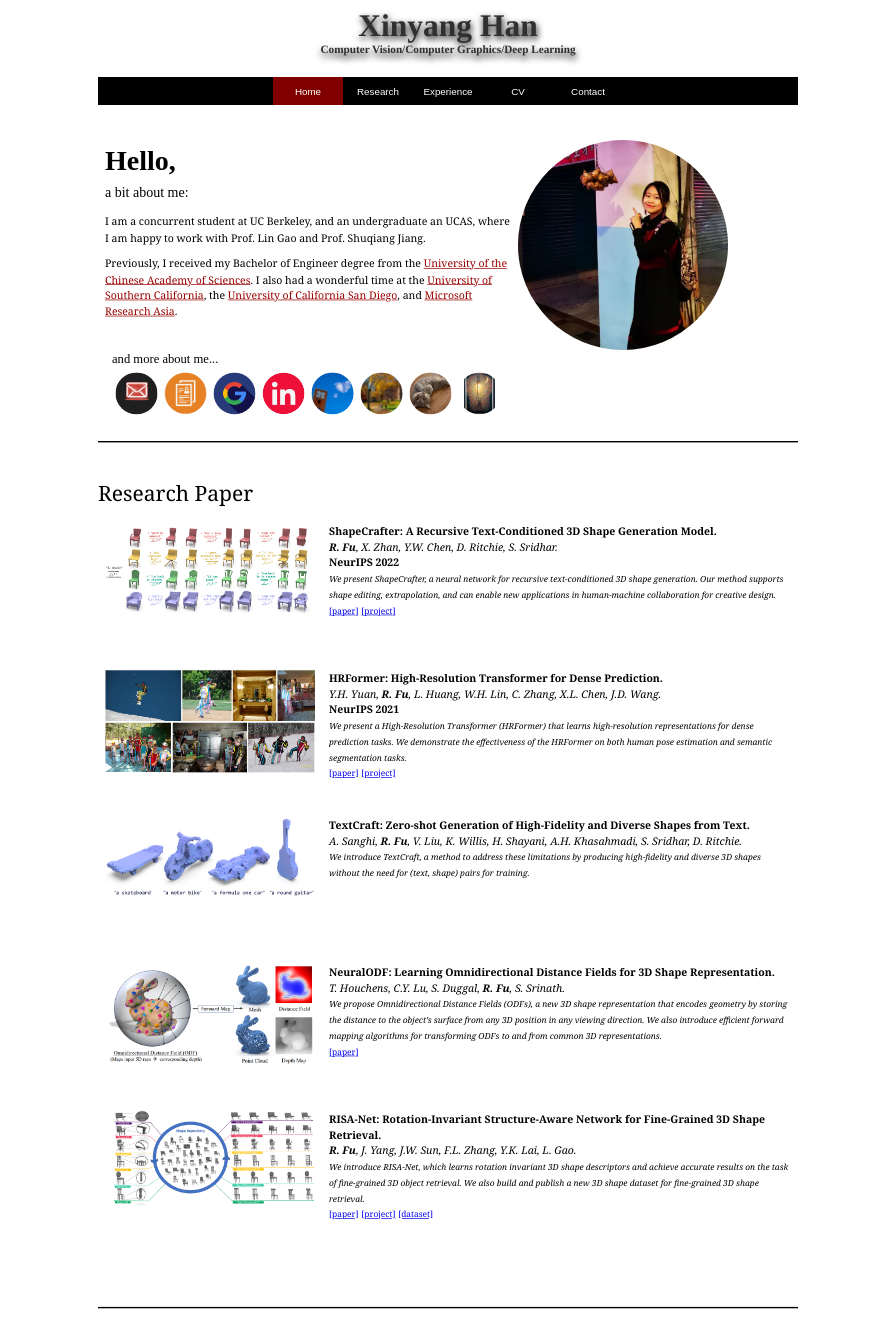
Repository: XinyangHan/XinyangHan.github.io
Page: index.html
These files come from the project's save history. The page is drawn as it stood at one moment and after the next save; the edit follows.
The browser window is 1280 px wide. The pictures show the part of the page from y = 0 to 1920 px (the page is 4103 px tall), at 70% of full size.

Above is the page before, as saved 2023-02-11 13:09:55.

### index.html
<!DOCTYPE html>
<html>

<head>
	<meta charset="utf-8">
	<meta name="keywords" content="Rao FU, Rao FU, Rao Fu Homepage, Rao Fu Webpage, Rao Fu UCAS, Rao Fu Brown">
	<meta name="description" content="Rao FU's homepage">
	<meta name="viewport" content="width=device-width, initial-scale=1">
	<title>Rao FU | Homepage</title>
	<link href="style.css" rel="stylesheet" />
	<style>
	</style>



</head>

<body>
<!-------------------------------------------------- Header -------------------------------------------------->
<div id="header">
	<h1> Xinyang Han </h1>
	<h2>Computer Vision/Computer Graphics/Deep Learning</h2>
</div><!-- Header -->

<!-------------------------------------------------- Navbar -------------------------------------------------->
<div id="nav-wrapper">
<div id="nav">
			<button class="btn active" onclick="window.location.href = './index.html#content_home';">Home</button>
			<button class="btn" onclick="window.location.href = './index.html#content_project';">Research</button>
			<button class="btn" onclick="window.location.href = './index.html#content_exp';">Experience</button>
			<button class="btn" onclick="window.location.href = './resource/My_CV.pdf'; target='_blank'; ">CV</button>
			<button class="btn" onclick="window.location.href = './index.html#c_contact_biography';">Contact</button>
			<!-- <a href="./index.html#content_home" class="active">Home</a>  -->
			<!-- <a href="./index.html#content_project">Research</a> -->
			<!-- <a href="./index.html#content_exp">Experience</a> -->
			<!-- <a href="./resource/MY_CV.pdf">CV</a> -->
			<!-- <a href="./index.html#c_contact_biography">Contact</a> -->
</div> <!-- #nav -->
</div>

<!-------------------------------------------------- Script -------------------------------------------------->
<script>
	// Get the container element
	var btnContainer = document.getElementById("nav");

	// Get all buttons with class="btn" inside the container
	var btns = btnContainer.getElementsByClassName("btn");

	// Loop through the buttons and add the active class to the current/clicked button
	for (var i = 0; i < btns.length; i++) {
	btns[i].addEventListener("click", function() {
		var current = document.getElementsByClassName("active");
		current[0].className = current[0].className.replace(" active", "");
		this.className += " active";
	});
	}
</script>

<!-------------------------------------------------- Content Home-------------------------------------------------->
<div class="content"  id="content_home">

	<div class="c_home_wrapper">
		<div id="c_biography">
			<strong id="c_font1">Hello,</strong><br>
			<span class="c_font2">a bit about me:</span><br>
			<p class="c_font3">
				I am a concurrent student at UC Berkeley, and an undergraduate an UCAS, where I am happy to work with Prof. Lin Gao and Prof. Shuqiang Jiang.
			</p>
			<p class="c_font3">
				Previously, I received my Bachelor of Engineer degree from the <a href="https://en.wikipedia.org/wiki/University_of_the_Chinese_Academy_of_Sciences/">University of the Chinese Academy of Sciences</a>.
				I also had a wonderful time at the <a href="https://www.usc.edu/">University of Southern California</a>,
				the <a href="https://ucsd.edu/">University of California San Diego</a>,
				and <a href="https://www.microsoft.com/en-us/research/lab/microsoft-research-asia/">Microsoft Research Asia</a>.
			</p>
		</div>

		<div id="c_profile">
			<div class="c_thumbnail">
				<img src="img/profile.jpg" id="buttons" alt="profile_button" >
				<div class="overlay">
					<p>
						勿戳！<br>
						Don't poke my cheeks!<br>
						¡no me toques las mejillas! <br>
						मेरे गाल मत दबाओ! <br>
						আমার গালে খোঁচা দিও না! <br>
						não cutuque minhas bochechas! <br>
						не тыкай меня в щеки! <br>
						私の頬をつつかないで！ <br>
						ਮੇਰੀਆਂ ਗੱਲ੍ਹਾਂ ਨੂੰ ਨਾ ਮਾਰੋ! <br>
						唔好戳我嘅脸颊！<br>
						đừng chọc má tôi!<br>
						నా బుగ్గలు కుట్టకు!<br>
						yanaklarımı dürtme!<br>
						내 뺨을 찌르지 마! <br>
						ne touchez pas mes joues!<br>
						stoß mir nicht in die Wangen!<br>
						என் கன்னங்களை குத்தாதே!<br>
						میرے گالوں کو مت مارو!<br>
						ojo nyocot pipiku!<br>
						non toccarmi le guance!<br>
						لا تكز خدي!<br>
					</p>
				</div>
			</div>
		</div>

		<div id="c_info">
			<!-- <strong id="c_font4">And more</strong><br>
			<strong id="c_font4">about me</strong><br> -->
			<span class="c_font2_1"> and more about me... </span><br>
			<!-- CONTENT TODO -->
			<div class="thumbnail">
				<img src="img/email_icon.jpg" id="button0" alt="email_button" >
				<div class="overlay" onclick="window.location.href = 'mailto:rao_fu@brown.edu';" >
					<p>Email to<br>Say Hi</p>
				</div>
			</div> <!-- .thumbnail -->


			<div class="thumbnail">
				<img src="img/cv_icon.jpg" id="button1" alt="cv_button" >
				<div class="overlay"  onclick="window.location.href='./resource/My_CV.pdf'; " >
					<p>CV/<br>Resume</p>
				</div>
			</div> <!-- .thumbnail -->

			<div class="thumbnail">
				<img src="img/gs_icon.png" id="button2" alt="google_button" >
				<div class="overlay" onclick="window.location.href = 'https://scholar.google.com/citations?hl=en&user=VWMWQEcAAAAJ';" >
					<p>Google<br>Scholar</p>
				</div>
			</div> <!-- .thumbnail -->

			<div class="thumbnail">
				<img src="img/linkedin_icon.png" id="button3" alt="lkin_icon" >
				<div class="overlay" onclick="window.location.href = 'https://www.linkedin.com/in/rao-fu-245269210/';" >
					<p>LinkedIn<br>Profile</p>
				</div>
			</div> <!-- .thumbnail -->

			<div class="thumbnail">
				<img src="img/ucas_button.png" id="button4" alt="ucas_button" >
				<div class="overlay" onclick="window.location.href = 'https://en.wikipedia.org/wiki/University_of_the_Chinese_Academy_of_Sciences/';" >
					<p>B.E.@<br>UCAS</p>
				</div>
			</div> <!-- .thumbnail -->

			<div class="thumbnail">
				<img src="img/Brown_icon.jpg" id="button5" alt="brown_button">
				<div class="overlay" onclick="window.location.href = 'https://www.usc.edu/';" >
					<p>Ph.D.@<br>Brown
					</p>
				</div>
			</div> <!-- .thumbnail -->

			<div class="thumbnail">
				<img src="img/cat_icon.jpg" id="button6" alt="cat_button">
				<div class="overlay" onclick="window.location.href = 'https://instagram.com/inocchi_mew?r=nametag';" >
					<p>My Cat<br>Inocchi
					</p>
				</div>
			</div> <!-- .thumbnail -->

			<div class="thumbnail">
				<img src="img/art_icon.jpg" id="button6" alt="art_button">
				<div class="overlay" onclick="window.location.href = './index.html#content_home';" >
					<p>Arts<br>Todo...</p>
				</div>
			</div> <!-- .thumbnail -->

		</div>
	</div><!-- Home Wrapper-->

	<div class="clearfloat"></div>
</div><!-- Content Home-->

<!-------------------------------------------------- Content Project -------------------------------------------------->
<div class="content">

	<div class="c_public_wrapper" id="content_project">
		<div class="c_font1_1">Research Paper</div>
		<div class="c_public">
			<div class="disp_wrapper">
				<!-- <a href="./img/HRFormer.png" data-lightbox="project1" data-title="HRFormer2 Structure"> -->
					<img src="./img/project_shapecrafter.jpg" class="project_img" title="ShapeCrafter Structure">
				<!-- </a> -->
				<!-- <p class="small_font">click image for details</p> -->
			</div>
			<strong>ShapeCrafter: A Recursive Text-Conditioned 3D Shape Generation Model.</strong>
			<br><em><strong>R. Fu</strong>, X. Zhan, Y.W. Chen, D. Ritchie, S. Sridhar. </em>
			<br><strong>NeurIPS 2022</strong></em>
			<br><em class="small_font">We present ShapeCrafter, a neural network for recursive text-conditioned 3D shape generation.
				Our method supports shape editing, extrapolation, and can enable new applications in human-machine collaboration for creative design.</em>
			<br><a href="https://arxiv.org/abs/2207.09446" class="small_font">[paper]</a>
			<a href="https://ivl.brown.edu/projects/shapecrafter" class="small_font">[project]</a>
		</div>

		<div class="c_public">
			<div class="disp_wrapper">
				<!-- <a href="./img/project_hrformer.png" data-lightbox="project1" data-title="HRFormer2 Structure"> -->
					<img src="./img/project_hrformer.png" class="project_img" title="HRFormer2 Structure">
				<!-- </a> -->
				<!-- <p class="small_font">click image for details</p> -->
			</div>
			<strong>HRFormer: High-Resolution Transformer for Dense Prediction.</strong>
			<br><em>Y.H. Yuan, <strong>R. Fu</strong>, L. Huang, W.H. Lin, C. Zhang, X.L. Chen, J.D. Wang. </em>
			<br><strong>NeurIPS 2021</strong></em>
			<br><em class="small_font">We present a High-Resolution Transformer (HRFormer) that learns high-resolution
				representations for dense prediction tasks. We demonstrate the effectiveness
				of the HRFormer on both human pose estimation and semantic segmentation tasks.</em>
			<br><a href="https://arxiv.org/abs/2110.09408" class="small_font">[paper]</a>
			<a href="https://github.com/HRNet/HRFormer" class="small_font">[project]</a>
		</div>

		<div class="c_public">
			<div class="disp_wrapper">
				<!-- <a href="./img/HRFormer.png" data-lightbox="project1" data-title="HRFormer2 Structure"> -->
					<img src="./img/project_textcraft.png" class="project_img" title="TextCraft Structure">
				<!-- </a> -->
				<!-- <p class="small_font">click image for details</p> -->
			</div>
			<strong>TextCraft: Zero-shot Generation of High-Fidelity and Diverse Shapes from Text.</strong>
			<br><em>A. Sanghi, <strong>R. Fu</strong>, V. Liu, K. Willis,  H. Shayani, A.H. Khasahmadi, S. Sridhar, D. Ritchie. </em>
			<!-- <br><strong>CoRR</strong></em> -->
			<br><em class="small_font">We introduce TextCraft, a method to address these limitations by producing high-fidelity
				and diverse 3D shapes without the need for (text, shape) pairs for training.</em>
			<!-- <br><a href="https://arxiv.org/pdf/2206.05837" class="small_font">[paper]</a> -->
		</div>

		<div class="c_public">
			<div class="disp_wrapper">
				<!-- <a href="./img/HRFormer.png" data-lightbox="project1" data-title="HRFormer2 Structure"> -->
					<img src="./img/project_odf.jpg" class="project_img" title="ODF Structure">
				<!-- </a> -->
				<!-- <p class="small_font">click image for details</p> -->
			</div>
			<strong>NeuralODF: Learning Omnidirectional Distance Fields for 3D Shape Representation.</strong>
			<br><em>T. Houchens, C.Y. Lu, S. Duggal, <strong>R. Fu</strong>, S. Srinath. </em>
			<!-- <br><strong>CoRR</strong></em> -->
			<br><em class="small_font">We propose Omnidirectional Distance Fields (ODFs), a new 3D shape representation
				that encodes geometry by storing the distance to the object’s surface from any 3D position in any
				viewing direction. We also introduce efficient forward mapping algorithms for transforming ODFs to and
				from common 3D representations.</em>
			<br><a href="https://arxiv.org/pdf/2206.05837" class="small_font">[paper]</a>
		</div>

		<div class="c_public">
				<div class="disp_wrapper">
					<!-- <a href="./img/project_risanet.png" data-lightbox="project1" data-title="RISA-Net Structure"> -->
						<img src="./img/project_risanet.png" class="project_img" title="RISA-Net Structure">
					<!-- </a> -->
					<!-- <p class="small_font">click image for details</p> -->
				</div>
				<strong>RISA-Net: Rotation-Invariant Structure-Aware Network for Fine-Grained 3D Shape Retrieval.</strong>
				<br><em><strong>R. Fu</strong>, J. Yang, J.W. Sun, F.L. Zhang, Y.K. Lai, L. Gao. </em>
				<!-- <br><em>CoRR </em> -->
				<br><em class="small_font">We introduce RISA-Net, which learns rotation invariant
					3D shape descriptors and achieve accurate results on the task of fine-grained 3D object retrieval. We also build and publish
					a new 3D shape dataset for fine-grained 3D shape retrieval.</em>
				<br><a href="https://arxiv.org/abs/2010.00973" class="small_font">[paper]</a>
				<a href="https://github.com/IGLICT/RisaNET" class="small_font">[project]</a>
				<a href="https://drive.google.com/drive/folders/1BpwtlhrYfR5xGcXGoYFjo9bQFtw4nFvP" class="small_font">[dataset]</a>

		</div>
	</div>
	<div class="clearfloat"></div>
</div><!-- Content Project-->

<!-------------------------------------------------- Content Experiment-------------------------------------------------->
<div class="content">

	<div class="c_education_wrapper" id="content_exp">
		<div class="c_font1_1">Education</div>

		<div class="c_education">
			<strong>BROWN UNIVERSITY</strong>
			<em class="dates">Sept.2021 – Present</em>
			<div class="clearfloat"></div>
			<div class="logo_wrapper">
				<img class="schoollogo" src="./img/brown_logo.png" alt="BROWN Logo" />
			</div>
			<ul>
			<li>Title: Computer Science Ph.D. Student</li>
			<li>Concentration: Vision, Graphics and Robotics</li>
			</ul>
		</div>

		<div class="c_education">
			<strong>UNIVERSITY OF CHINESE ACADEMY OF SCIENCES</strong>
			<em class="dates">Sept. 2017-Jul. 2021</em>
			<div class="clearfloat"></div>
			<div class="logo_wrapper">
				<img class="schoollogo" src="./img/cas_logo.jpg" alt="CAS Logo" />
			</div>
			<ul>
			<li>Degree: Bachelor of Computer Science.</li>
			<li>GPA: 3.72/4.00.</li>
			<li>Core GPA: 3.82/4.00.</li>
			<li><em>Outstanding Thesis Awards.</em> </li>
			<li><em></em>National Inspirational Scholarship(5%).</em></li>
			</ul>
		</div>

		<div class="c_education">
			<strong>UNIVERSITY OF SOUTHERN CALIFORNIA</strong>
			<em class="dates">Jan. 2020-May. 2020</em>
			<div class="clearfloat"></div>
			<div class="logo_wrapper">
				<img class="schoollogo" src="./img/usc_logo.png" alt="USC Logo" />
			</div>
			<ul>
			<li>Title: Visiting Student.</li>
			<li>GPA: 4.00/4.00.</li>
			</ul>

		</div>

		<div class="c_education">
			<strong>BEIJING NATIONAL DAY SCHOOL</strong>
			<em class="dates">Sept. 2011-Jul. 2017</em>
			<div class="clearfloat"></div>
			<div class="logo_wrapper">
				<img class="schoollogo" src="./img/bnds_logo.png" alt="USC Logo" />
			</div>
			<ul>
			<li>Title: Student.</li>
			<li>GPA: 3.9/4.0.</li>
			</ul>

		</div>
	</div>

	<div class="c_intern_wrapper">
		<div class="c_font1_1">Employment</div>

		<div class="c_intern">
			<strong>Research intern: Autodesk Inc.</strong>
				<em class="dates">May. 2022 – Present</em>
			<br><br><em>Group: AI Lab</em><em class="dates">Toronto, Canada</em>
			<ul>
				<li>Research on Lauguage-guided 3D Shape Generation.</li>
			</ul>
		</div>

		<div class="c_intern">
			<strong>Research intern: Microsoft Research, Asia</strong>
				<em class="dates">Mar. 2021 – July. 2021</em>
			<br><br><em>Group: Speech Group, Visual Computing Group</em><em class="dates">Beijing, China</em>
			<ul>
				<li>Research on High-Resolution Machine Perception Backbone</li>
			</ul>
		</div>

		<div class="c_intern">
			<strong>Research intern: University of California, San Diego</strong>
				<em class="dates">May. 2020 – Nov. 2020</em>
			<br><br><em>Advisor: Prof. Hao Su.</em><em class="dates">San Diego, CA, USA</em>
			<ul>
				<li>Research on Robot Grasping with Two-Finger Grippers.</li>
				<li>Research on Humanoid Robot Grippers.</li>
			</ul>
		</div>

		<div class="c_intern">
				<strong>Research intern: Institute of Computing Technology, CAS.</strong>
					<em class="dates">Jul. 2019 – Nov. 2020</em>
				<br><br><em>Advisor: Prof. Lin Gao</em> <em class="dates">Beijing, China</em>
				<ul>
					<li>Research on Fine-grained 3D Shape Retrieval.</li>
					<li>Research on Talking Head Generation.</li>
				</ul>
		</div>
	</div>

	<div class="clearfloat"></div>

</div><!-- Content Experiment-->

<!-------------------------------------------------- Content Contact-------------------------------------------------->
<div class="content">
	<div class="c_contact_wrapper">
	<!-- 	<div id="c_contact_biography">
			<span class="c_font1_1">Contact me:</span><br>
			<p class="c_font3">
			Email: <a href="mailto:rao_fu@brown.edu">rao_fu@brown.edu</a>
			</p>
			<p class="c_font3">
			Mail: Brown University Box 1910, Providence, RI 02912
			</p>
		</div> -->

		<div id="c_contact_profile">
			<span class="c_font1_1">Buy me a Boba:</span><br>
			<p class="c_font3">
			If you like my homepage and think it's useful, welcome to buy me a Boba via Wechat or Paypal down here:
			</p>
			<div id="c_contact_thumbnail_1">
			</div>
			<div id="c_contact_thumbnail_2">
			</div>
		</div>

		<div class="clearfloat"></div>
	</div><!-- Content Contact Wrapper-->
</div><!-- Content Contact -->


<div class="clearfloat"></div>
<!-------------------------------------------------- Footer -------------------------------------------------->
<div id="footer">
	<!-- <div class="b_thumbnail">
		<img class="b_img" src="img/i3.png" alt="email">
	</div>
	<div class="b_font">
		<a href="mailto:rao_fu@brown.edu">rao_fu@brown.edu</a>
	</div>
	<div class="b_thumbnail">
		<img class="b_img" src="img/i4.png" alt="git">
	</div>
	<div class="b_font">
		<a href="https://github.com/freddierao">github.com/freddierao</a>
	</div>	 -->
	<div class="b_thumbnail">
		<img class="b_img" src="img/i2.png" alt="copyright">
	</div>
	<div class="b_font">
		&copy; 2022 by Rao FU
	</div>
	<div class="clearfloat"></div>
</div><!-- Footer -->
<script>
window.onscroll = function() {myFunction()};

var navbar = document.getElementById("nav-wrapper");
var sticky = navbar.offsetTop;

function myFunction() {
  if (window.pageYOffset >= sticky) {
    navbar.classList.add("sticky")
  } else {
    navbar.classList.remove("sticky");
  }
}
</script>
</body>
</html>

Loaded but not shown: style.css (556 lines, source omitted)

After the next save:
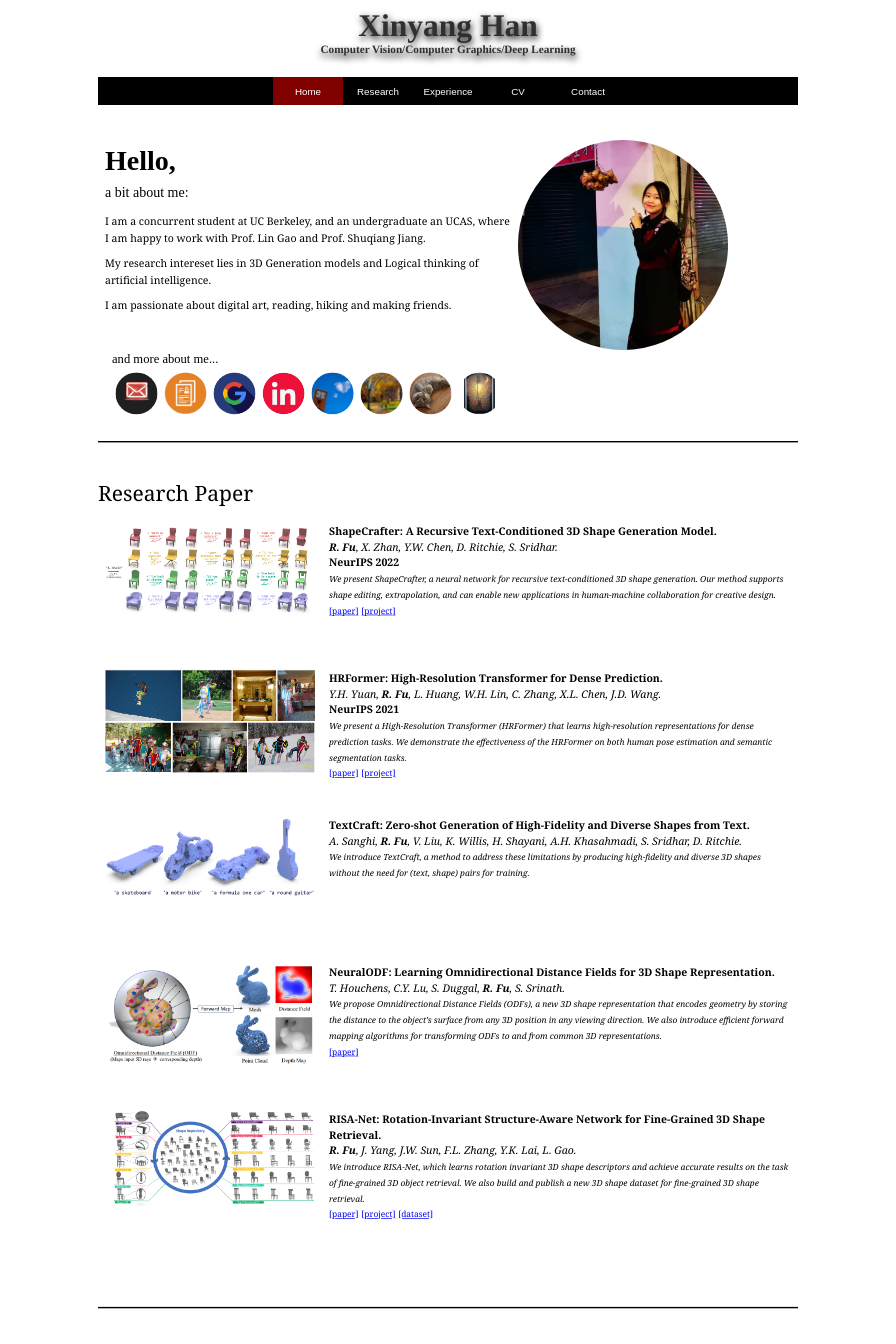
Saved 4 min 6 s later.
--- a/index.html
+++ b/index.html
@@ -67,10 +67,10 @@
 				I am a concurrent student at UC Berkeley, and an undergraduate an UCAS, where I am happy to work with Prof. Lin Gao and Prof. Shuqiang Jiang.
 			</p>
 			<p class="c_font3">
-				Previously, I received my Bachelor of Engineer degree from the <a href="https://en.wikipedia.org/wiki/University_of_the_Chinese_Academy_of_Sciences/">University of the Chinese Academy of Sciences</a>.
-				I also had a wonderful time at the <a href="https://www.usc.edu/">University of Southern California</a>,
-				the <a href="https://ucsd.edu/">University of California San Diego</a>,
-				and <a href="https://www.microsoft.com/en-us/research/lab/microsoft-research-asia/">Microsoft Research Asia</a>.
+				My research intereset lies in 3D Generation models and Logical thinking of artificial intelligence.
+			</p>
+			<p class="c_font3">
+				I am passionate about digital art, reading, hiking and making friends.
 			</p>
 		</div>
 
